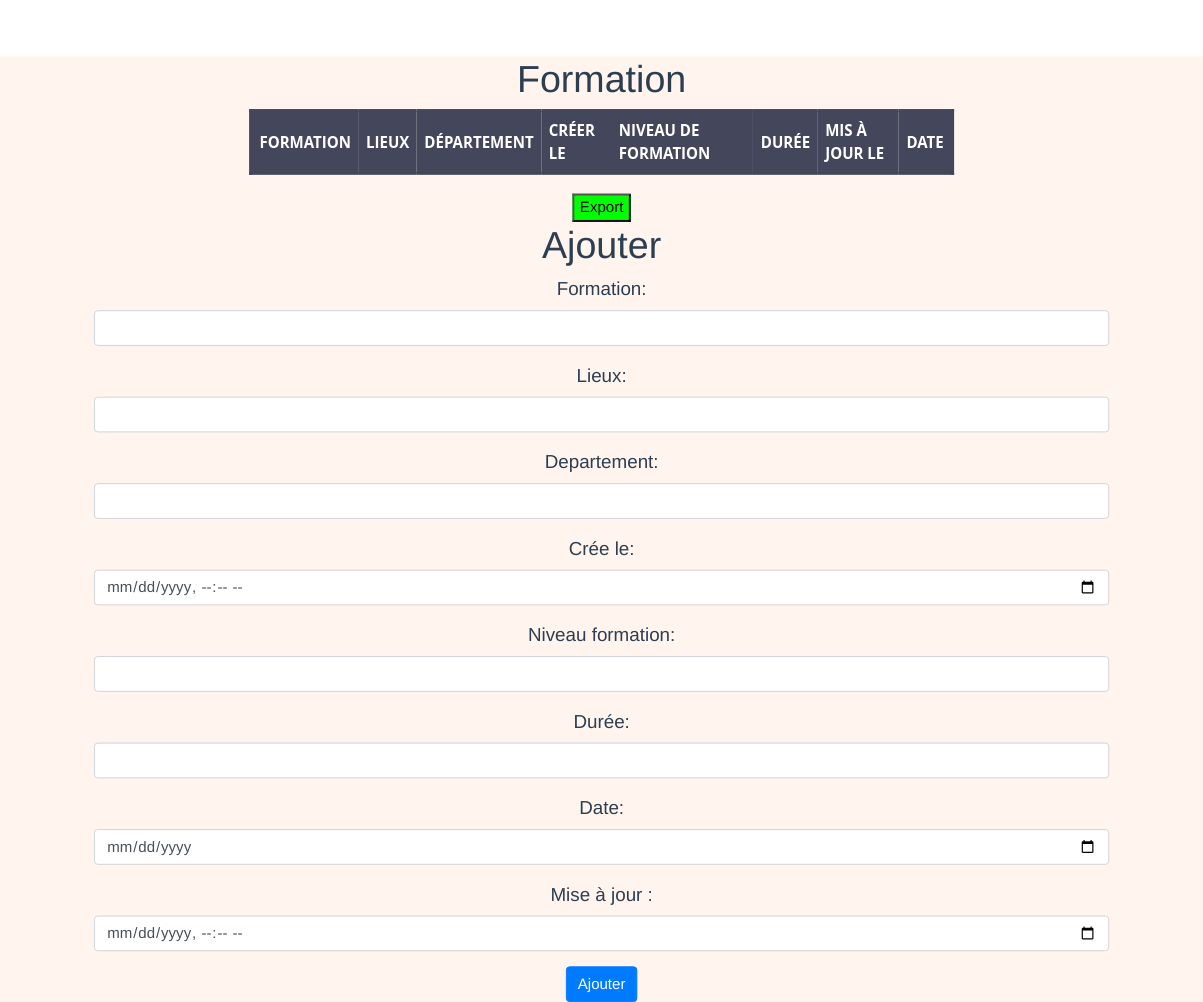
Repository: BaldeThierno1990/Projet-1-formation-tableau-generique-vue-export
Page: / (app in mcc/)
These files come from the project's save history. The page is drawn as it stood at one moment and after the next save; the edit follows.
The browser window is 1280 px wide. The pictures show the whole page, at 94% of full size.
The page's requests for data from a server got no answer. The project was rebuilt for these pictures with package versions that can differ from the ones it lists, and the page was loaded fresh each time. No one was signed in, and anything a server would have sent is missing.

Above is the page before, as saved 2021-03-18 10:19:20.

### mcc/src/main.js
import Vue from 'vue'
import App from './App.vue'

import 'bootstrap';
import 'bootstrap/dist/css/bootstrap.min.css';

Vue.config.productionTip = false

new Vue({
  render: h => h(App),
}).$mount('#app')

### mcc/src/App.vue
<template>
  <div id="app">
    <Home></Home>
  </div>
</template>

<script>
import Home from "@/components/Home";

export default {
  name: 'App',
  components: {
    Home,
  }
}
</script>

<style>
#app {
  font-family: Avenir, Helvetica, Arial, sans-serif;
  -webkit-font-smoothing: antialiased;
  -moz-osx-font-smoothing: grayscale;
  text-align: center;
  color: #2c3e50;
  margin-top: 60px;
}
</style>

### mcc/src/components/Home.vue
<template>
    <div class="home">
        <h1>Formation</h1>
    <!-- <p v-for="formation in info" :key="formation">
        {{formation.Lieux}}
        {{formation.Departement}}
    </p> -->
<div style="margin:auto">
    <table id="firstTable">
  <thead>
    <tr>
      <th>Formation</th>
      <th>Lieux</th>
      <th>Département</th>
      <th>créer le </th>
      <th>Niveau de Formation</th>
      <th>Durée</th>
      <th>Mis à jour le</th>
      <th>Date</th>

    </tr>
  </thead>
  <tbody>
    <tr v-for="formation in info" :key="formation" >
      <td>{{formation.typeFormation}}</td>
      <td> {{formation.Lieux}}</td>
       <td> {{formation.Departement}}</td>
      <td>{{formation.createdAt}}</td>
       <td>{{formation.niveauFormation}}</td>
      <td>{{formation.dureeFormation}}</td>
       <td>{{formation.updateAt}}</td>
       <td>{{formation.Date}}</td>
    </tr>
  </tbody>
</table>
 <button type="button" id="btn btn-primary" class="download-btn" v-on:click="download">
      Export
    </button>
</div>
<Post-form></Post-form>
 </div>

</template>

<style scoped>
table {
  font-family: 'Open Sans', sans-serif;
  width: 750px;
  border-collapse: collapse;
  border: 3px solid #44475C;
  margin: auto;
}

table th {
  text-transform: uppercase;
  text-align: left;
  background: #44475C;
  color: #FFF;
  padding: 8px;
  min-width: 30px;
}

table td {
  text-align: left;
  padding: 8px;
  border-right: 2px solid #7D82A8;
}
table td:last-child {
  border-right: none;
}
table tbody tr:nth-child(2n) td {
  background: #D4D8F9;
}
.download-btn{
  background-color: lime;
  margin-top: 20px;
}
.home{
 background-color: seashell;
}
</style>
<script>
// import API from "@/services/api.js";
import axios from 'axios';
import XLSX from "xlsx";
import PostForm from '@/components/Post-form';
export default {
  components: {
      PostForm
  },
  data() {
    return {
       info: null,

    }
  },
   mounted () {
       var self = this;
    axios
      .get('http://localhost:8000/api/formations.json')
      .then(function (response){
          self.info = response.data
        //  console.log(response.data)

      })
  },
  methods: {
    download: function () {
      const data = XLSX.utils.json_to_sheet(this.info);
      const wb = XLSX.utils.book_new();
      XLSX.utils.book_append_sheet(wb, data, "data");
      XLSX.writeFile(wb, "formation.xlsx");
    },
  },

}
</script>

### mcc/src/components/Post-form.vue
<template>
    <div>
        <h1>Ajouter</h1>
        <div class="form">

        <form @submit.prevent="postData" method="post">
            <!-- <form v-on:submit.prevent="postData"> -->
            <div class="mb-3">
            <label for="mon_id">Formation:</label>
            <input type="text" name="type_formation" class="form-control"  v-model="posts.typeFormation">
            </div>
             <div class="mb-3">
            <label for="mon_id">Lieux:</label>
            <input type="text" name="lieux" class="form-control"  v-model="posts.Lieux">
             </div>
              <div class="mb-3">
            <label for="mon_id">Departement:</label>
            <input name="departement" class="form-control"   v-model.number="posts.Departement">
              </div>
               <div class="mb-3">
            <label for="mon_id">Crée le:</label>
            <input type="datetime-local" name="update_at" class="form-control"  v-model="posts.createdAt">
               </div>
                <div class="mb-3">
            <label for="mon_id">Niveau formation:</label>
            <input type="text" name="niveau_formation" class="form-control"  v-model="posts.niveauFormation">
                </div>
                 <div class="mb-3">
            <label for="mon_id">Durée:</label>
            <input name="durée_formation" class="form-control"  v-model.number="posts.dureeFormation">
                 </div>
                  <div class="mb-3">
            <label for="mon_id">Date:</label>
            <input type="date" name="Date" class="form-control"  v-model="posts.Date">
                  </div>
                   <div class="mb-3">
            <label for="mon_id">Mise à jour :</label>
            <input type="datetime-local" name="update_at" class="form-control"  v-model="posts.updateAt">
                   </div>
            <button type="submit" class="btn btn-primary">Ajouter</button>
        </form>
    </div>
    </div>
</template>

<script>
import Vue from 'vue'
import axios from 'axios';
import VueAxios from 'vue-axios'
Vue.use(VueAxios, axios)
export default {
    data(){
        return{
            posts:{
                typeFormation:null,
                Lieux:null,
                Date:null,
                Departement:null,
                createdAt:null,
                niveauFormation:null,
                dureeFormation:null,
                updateAt:null,
            },

        }
    },
    methods:{
       postData(){
            axios.post('http://127.0.0.1:8000/api/formations', this.posts)

                 .then(() => {
                     //Perform Success Action
                 })
                 .catch(() => {
                     // error.response.status Check status code
                 }).finally(() => {
                     //Perform action in always
                 });

        },
    }
}


</script>

<style>
.form{
    margin-right: 100px;
    margin-left: 100px;
}
label{
    font-size: 20px;
}
</style>

Loaded but not shown: mcc/public/index.html (common file)

After the next save:
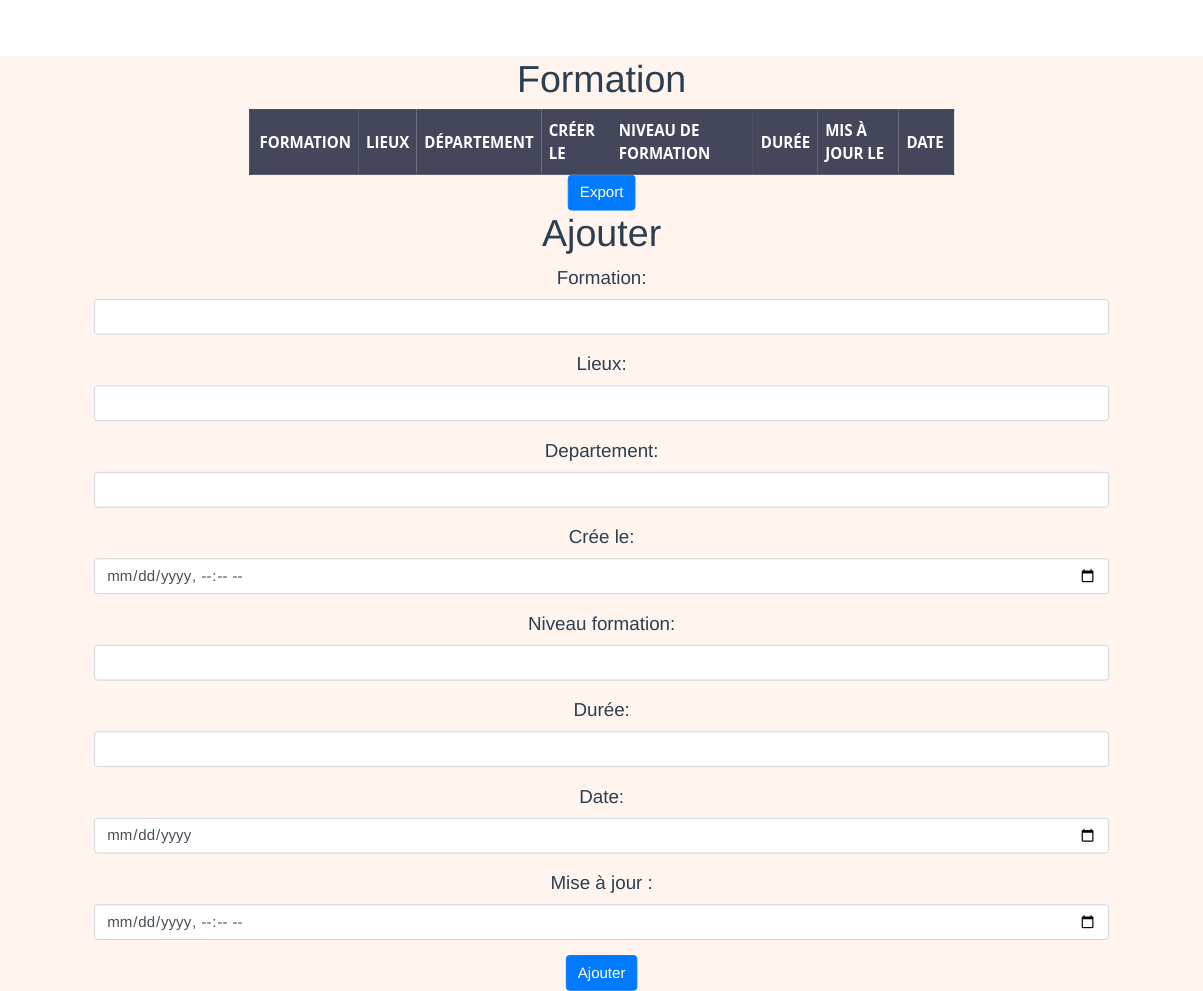
Saved 37 s later.
--- a/mcc/src/components/Home.vue
+++ b/mcc/src/components/Home.vue
@@ -33,7 +33,7 @@
     </tr>
   </tbody>
 </table>
- <button type="button" id="btn btn-primary" class="download-btn" v-on:click="download">
+ <button type="button" class="btn btn-primary" v-on:click="download">
       Export
     </button>
 </div>
